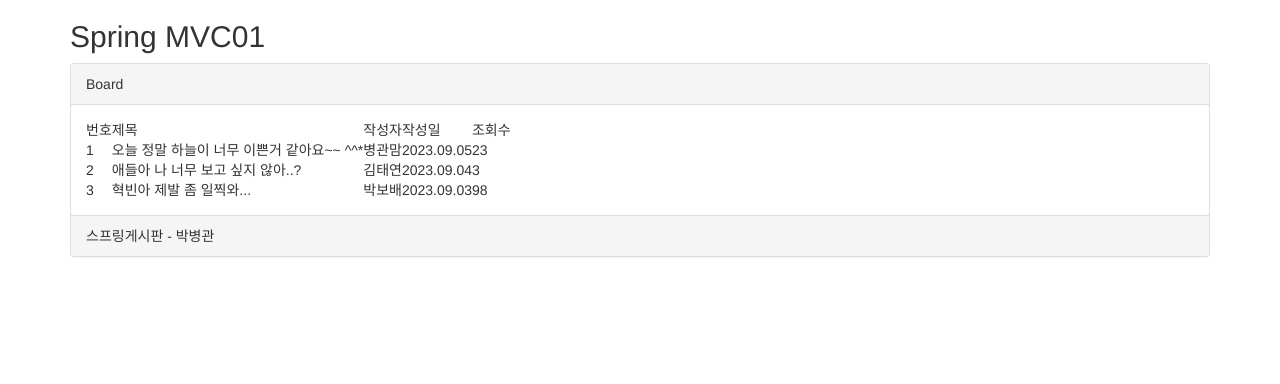
Repository: juhyun98/Spring
Page: http://localhost/SpringMVC01/
These files come from the project's save history. The page is drawn as it stood at one moment and after the next save; the edit follows.
The browser window is 1280 px wide. The pictures show the whole page.
The page is served by Tomcat 9. Other server files are loaded and not shown.

Above is the page before, as saved 2023-09-05 02:08:48.

### SpringMVC01/src/main/webapp/WEB-INF/views/boardList.jsp
<%@ page language="java" contentType="text/html; charset=UTF-8"
	pageEncoding="UTF-8"%>
<%@ taglib prefix="c" uri="http://java.sun.com/jsp/jstl/core" %>
<!DOCTYPE html>
<html>
<head>
<meta charset="UTF-8">
<link rel="stylesheet" href="https://maxcdn.bootstrapcdn.com/bootstrap/3.4.1/css/bootstrap.min.css">
<script src="https://ajax.googleapis.com/ajax/libs/jquery/3.6.4/jquery.min.js"></script>
<script src="https://maxcdn.bootstrapcdn.com/bootstrap/3.4.1/js/bootstrap.min.js"></script>
<title>Insert title here</title>
</head>
<body>

	<div class="container">
		<h2>Spring MVC01</h2>
		<div class="panel panel-default">
			<div class="panel-heading">Board</div>
			<div class="panel-body">
				<table>
					<tr>
						<td>번호</td>
						<td>제목</td>
						<td>작성자</td>
						<td>작성일</td>
						<td>조회수</td>
					</tr>

					<tr>
						<td>1</td>
						<td>오늘 정말 하늘이 너무 이쁜거 같아요~~ ^^*</td>
						<td>병관맘</td>
						<td>2023.09.05</td>
						<td>23</td>
					</tr>

					<tr>
						<td>2</td>
						<td>애들아 나 너무 보고 싶지 않아..?</td>
						<td>김태연</td>
						<td>2023.09.04</td>
						<td>3</td>
					</tr>

					<tr>
						<td>3</td>
						<td>혁빈아 제발 좀 일찍와...</td>
						<td>박보배</td>
						<td>2023.09.03</td>
						<td>98</td>
					</tr>

				</table>
			</div>
			<div class="panel-footer">스프링게시판 - 박병관</div>
		</div>
	</div>

</body>
</html>

After the next save:
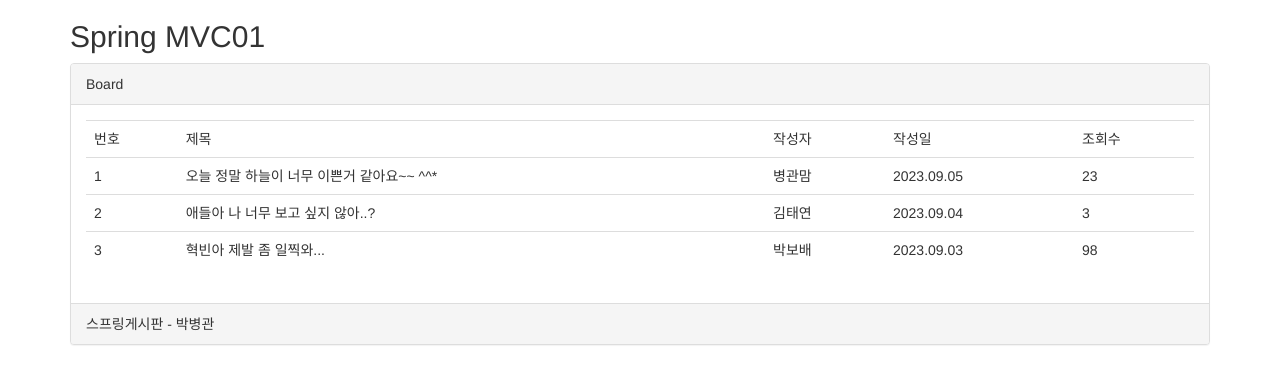
Saved 62 s later.
--- a/SpringMVC01/src/main/webapp/WEB-INF/views/boardList.jsp
+++ b/SpringMVC01/src/main/webapp/WEB-INF/views/boardList.jsp
@@ -17,7 +17,7 @@
 		<div class="panel panel-default">
 			<div class="panel-heading">Board</div>
 			<div class="panel-body">
-				<table>
+				<table class="table">
 					<tr>
 						<td>번호</td>
 						<td>제목</td>
